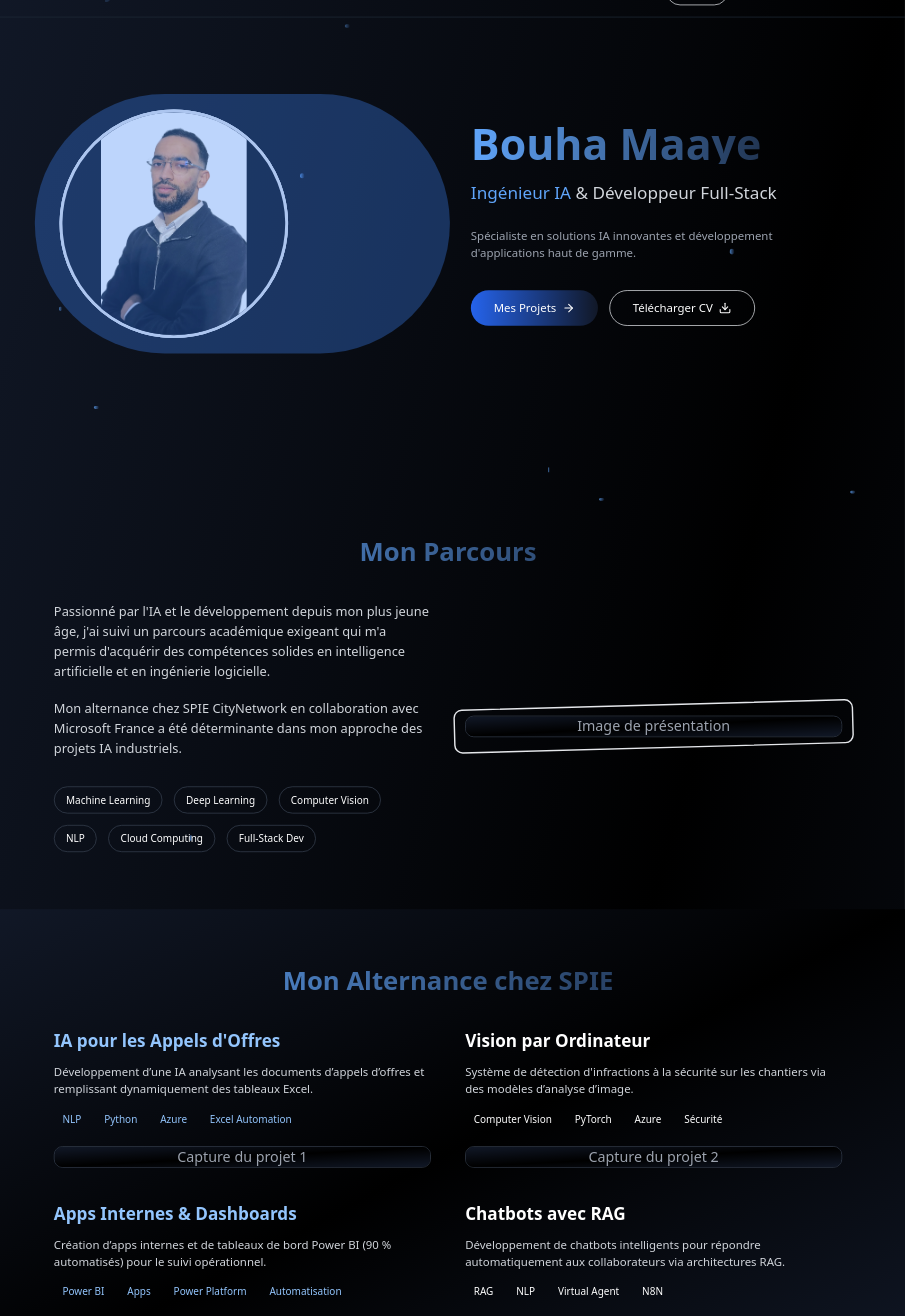
Repository: BouhaMaaye/portfolio
Page: /
An editor plug-in stored every save of this project. The page is shown before and after the next save, followed by the edit.
The browser window is 1280 px wide. The page is 1293 px wide, so the pictures cover 1293 px, including what lies to the right of the window. The pictures show the part of the page from y = 0 to 1880 px (the page is 4802 px tall before and 4764 px after), at 70% of full size.
The project was rebuilt for these pictures with package versions that can differ from the ones it lists, and the page was loaded fresh each time.

Above is the page before, as saved 2025-05-05 12:17:46.

After the next save:
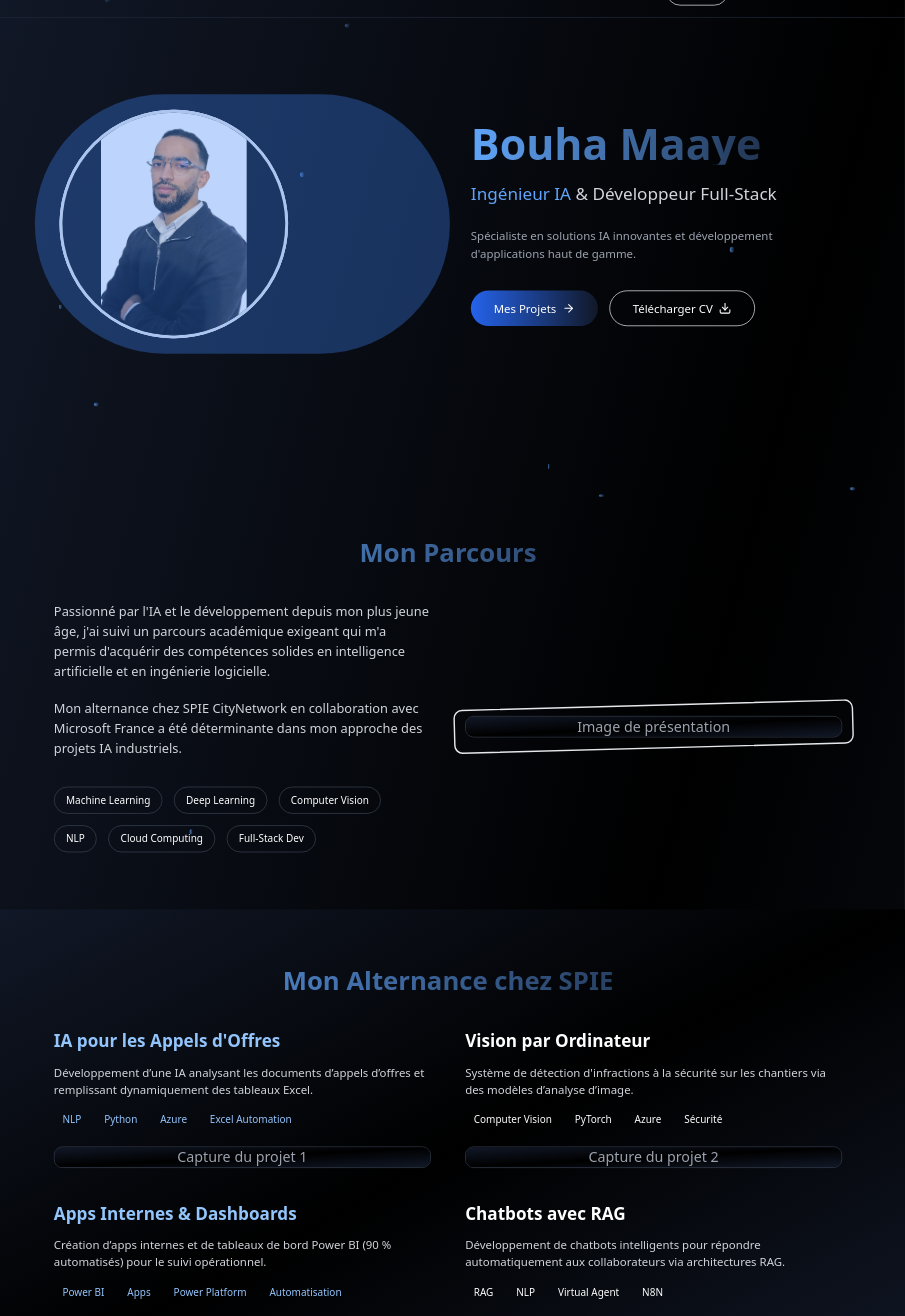
Saved 4 min 53 s later.
--- a/src/App.js
+++ b/src/App.js
@@ -407,12 +407,12 @@ function App() {
               >
                 <div className="absolute -inset-1 bg-gradient-to-r from-blue-600 to-cyan-500 rounded-xl blur opacity-0 group-hover:opacity-30 transition duration-500"></div>
                 <div className="relative h-full bg-gray-900/70 backdrop-blur-sm border border-gray-800 rounded-xl overflow-hidden hover:border-blue-400/30 transition-all duration-300 flex flex-col">
-                <div className="relative aspect-video overflow-hidden">
+                <div className="relative aspect-video overflow-hidden bg-gray-900 rounded-xl flex items-center justify-center">
   {project.image ? (
     <img
       src={project.image}
       alt={project.title}
-      className="w-full h-full object-cover"
+      className="max-h-full max-w-full object-contain p-4"
     />
   ) : (
     <div className="w-full h-full flex items-center justify-center bg-gradient-to-br from-blue-900/30 to-black">
@@ -420,6 +420,7 @@ function App() {
     </div>
   )}
 </div>
+
 
                   <div className="p-6 flex-1 flex flex-col">
                     <h3 className="text-xl font-semibold mb-3 text-blue-300">{project.title}</h3>
